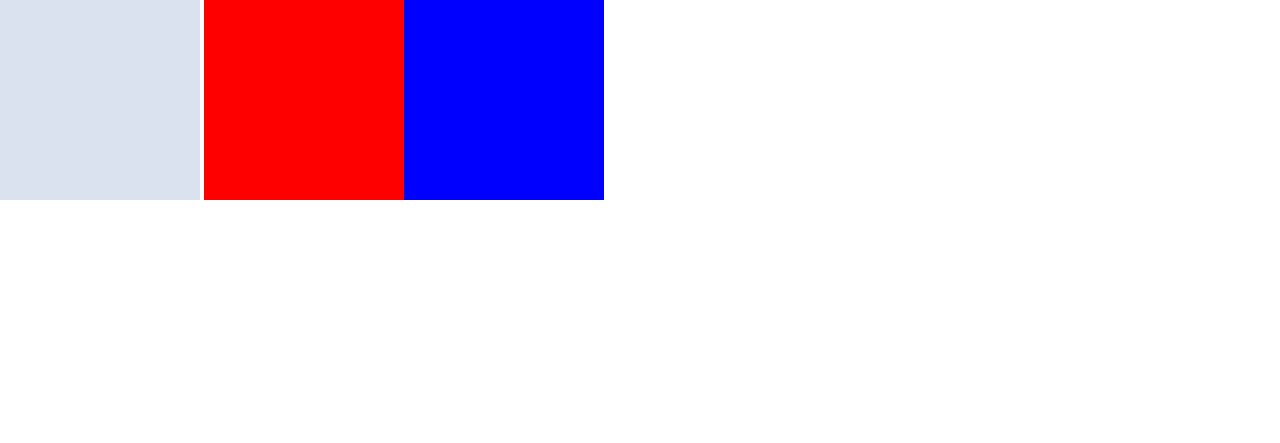
Repository: EpiTao-LLC/Personal_web_page
Page: scratch.html
An editor plug-in stored every save of this project. The page is shown before and after the next save, followed by the edit.
The browser window is 1280 px wide. The pictures show the whole page.

Above is the page before, as saved 2020-05-20 15:47:58.

### scratch.html
<!DOCTYPE html>
<html lang="en">
<head>
    <meta charset="UTF-8">
    <meta name="viewport" content="width=device-width, initial-scale=1.0">
    <title>Chris Larson</title>
    <link rel="stylesheet" href="css/scratch.css">

</head>
<body>
    <div="big_container">
        <div class = "top_container">

        </div>
        <div class="middle_container">

        </div>
        <div class="bottom_container">

        </div>
    </div>
</body>
</html>

### css/scratch.css
body {
    margin: 0;
}
h1 {
    margin-top: 0;
}
.big_container {
    background-color: cornsilk;
    height: 400px;
    width: 400px;
}
.top_container {
    background-color: #dbe2ef;
    width: 200px;
    height: 200px;
    display: inline-block;
}
.middle_container {
    width: 200px;
    height: 200px;
    background-color: red;
    display: inline-block;
    position: relative;
    left: 200;

}
.bottom_container {
    width: 200px;
    height: 200px;
    background-color: blue;
    display: inline-block;
    position: absolute;
    right: 200;
}

After the next save:
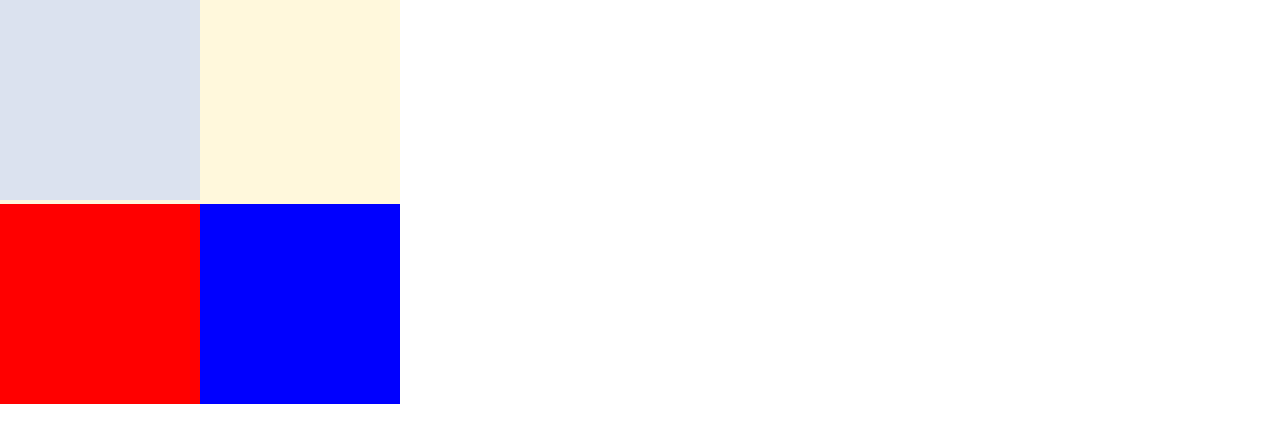
Saved 56 s later.
--- a/scratch.html
+++ b/scratch.html
@@ -8,7 +8,7 @@
 
 </head>
 <body>
-    <div="big_container">
+    <div class ="big_container">
         <div class = "top_container">
 
         </div>
